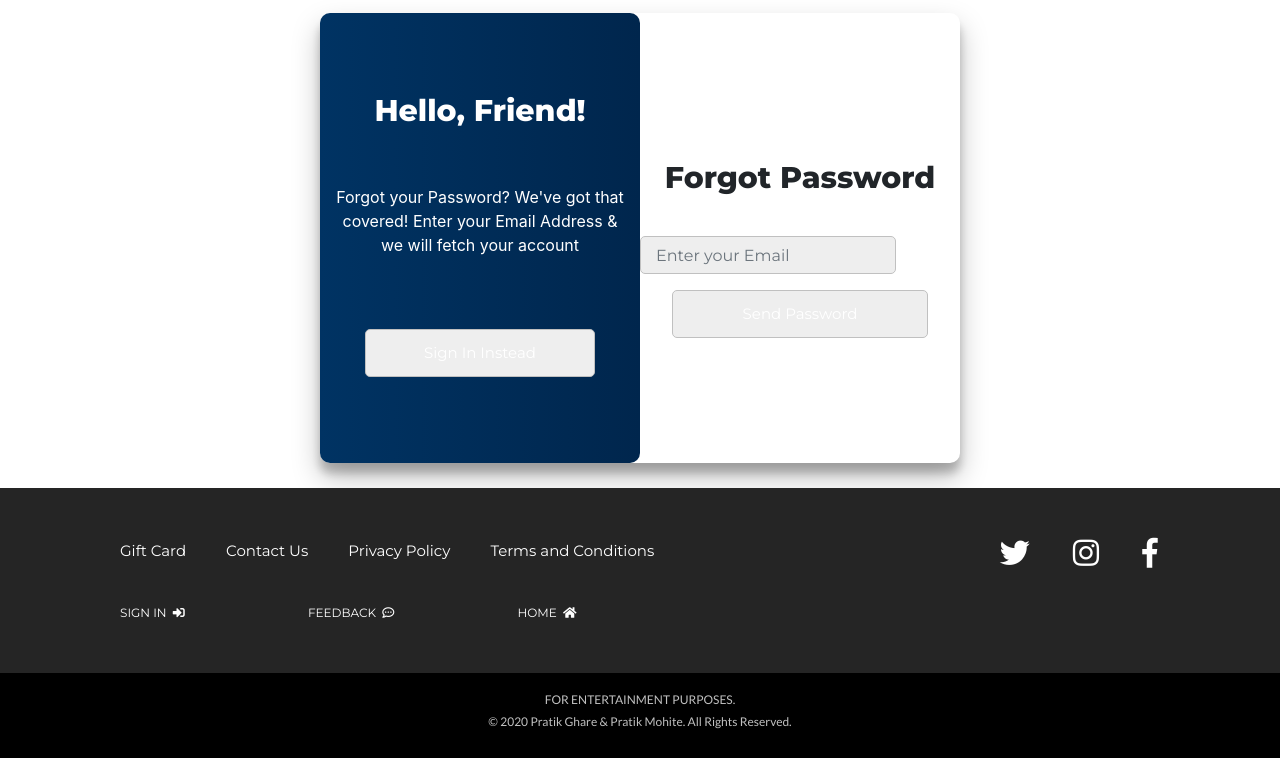
Repository: pratikghare/CafeImbiss
Page: http://localhost/Cafeteria/forgot.jsp
These files come from the project's save history. The page is drawn as it stood at one moment and after a run of saves; the edit follows.
The browser window is 1280 px wide. The pictures show the whole page.
Some web fonts or font styles are not loaded; a fallback is used. Some web libraries are served in a nearby version. The page is served by Tomcat 9. Other server files are loaded and not shown.

Above is the page before, as saved 2020-11-04 13:15:40.

### Cafeteria/WebContent/forgot.jsp
<!DOCTYPE html>
<html lang="en">

<head>
    <meta charset="UTF-8">
    <meta name="viewport" content="width=device-width, initial-scale=1.0">
    <title>Forgot Password | Los Pollos Hermanos</title>
    <link rel="icon" href="./images/logo/title-logo.png">
    <link href="https://fonts.googleapis.com/css2?family=Chelsea+Market&family=Montserrat:wght@400;800;900&family=Bubblegum+Sans&family=Mali&family=Flamenco&family=Aclonica&family=Carter+One&family=Luckiest+Guy&family=Lato&family=Montserrat+Subrayada&family=Sarabun&family=Viga&family=Wellfleet&display=swap"
        rel="stylesheet">
    <link rel="stylesheet" href="./references/login.css">
    <link rel="stylesheet" href="./references/main.css">
    <link rel="stylesheet" href="./references/footer.css">
    <link rel="stylesheet" href="./references/navigationBar.css">
    <link rel="stylesheet" href="./references/animation.css">
    <link rel="stylesheet" href="https://stackpath.bootstrapcdn.com/bootstrap/4.5.0/css/bootstrap.min.css">
    <link rel="stylesheet" href="https://cdn.jsdelivr.net/npm/bootstrap@4.5.3/dist/css/bootstrap.min.css" integrity="sha384-TX8t27EcRE3e/ihU7zmQxVncDAy5uIKz4rEkgIXeMed4M0jlfIDPvg6uqKI2xXr2" crossorigin="anonymous">
    <script src="https://code.jquery.com/jquery-3.5.1.slim.min.js"></script>
    <script src="https://cdn.jsdelivr.net/npm/popper.js@1.16.0/dist/umd/popper.min.js"></script>
    <script src="https://stackpath.bootstrapcdn.com/bootstrap/4.5.0/js/bootstrap.min.js"></script>
    <link rel="stylesheet" href="https://use.fontawesome.com/releases/v5.6.3/css/all.css">
</head>

<body>
    <!--Header-->
    <div class="header-container">

        <section class="login-container">

            <div class="login-right-panel">
                <form class="right-panel-content" action="loginForm.htm">
                  <h1 style="font-weight: 800 !important; font-size:30px !important; margin-top:1em;">Hello, Friend!</h1><br><br>
                    <p>Forgot your Password? We've got that covered! Enter your Email Address & we will fetch your account</p><br><br>
                    <input type="submit" value="Sign In Instead"/>
                </form>
            </div>
            <div class="login-left-panel">
                <form action="forgot_password.htm" method="post">
                    <h1 style="font-weight: 800 !important; font-size:30px !important; margin-top:1em;">Forgot Password</h1><br>
                     <input style="max-width: 20em; margin-left:2em" class="form-control form-group is-valid" minlength="10" required="true" id="validationServer03" type="email" name="userEmail" placeholder="Enter your Email" />
                    <div style="margin-top: -1em !important; margin-bottom:5px !important;" class="invalid-feedback">Enter Valid Email Id number.</div>

                    <input type="submit" value="Send Password">
                </form>
            </div>
        </section>



    </div>

   <!--Footer-->
   <footer>
    <div class="footer">
        <div class="footer-left">
            <ul>
                <li>
                    <a href="#">Gift Card</a>
                </li>
                <li>
                    <a href="./contact.html">Contact Us</a>
                </li>
                <li>
                    <a href="https://www.amc.com/privacy" target="_blank">Privacy Policy</a>
                </li>
                <li>
                    <a href="https://www.amc.com/terms" target="_blank">Terms and Conditions</a>
                </li>
            </ul>
            <span><a href="./login.html">Sign in  <i class="fas fa-sign-in-alt"></i></a></span>
            <span><a href="./feedback.html">FEEDBACK  <i class="far fa-comment-dots"></i></a></span>
            <span><a href="./index.html">HOME  <i class="fas fa-home"></i></a></span>
        </div>

        <div class="footer-right">
            <a href="https://twitter.com/pratikghare888" target=_blank><i class="fab fa-twitter"></i></a>
            <a href="https://www.instagram.com/pratikghare_/" target=_blank><i class="fab fa-instagram"></i></a>
            <a href="https://www.facebook.com/pratikghare88" target=_blank><i class="fab fa-facebook-f"></i></a>
        </div>
    </div>
    <div class="footer-copyright">
        <h6>FOR ENTERTAINMENT PURPOSES.</h6>
        <h6>&copy; 2020 Pratik Ghare & Pratik Mohite. All Rights Reserved.</h6>
    </div>
</footer>
<!--EndOfFooter-->
</body>

</html>

### Cafeteria/WebContent/references/login.css
* {
    margin: 0;
    padding: 0;
    box-sizing: border-box;
}

body {
    font-family: 'Montserrat', sans-serif;
    background-color: #f6f5f7;
    height: 100vh;
}


.header-container img{
    height: 200px;
}

@media screen and (min-width : 900px ){
    .header-container img{
        margin: 15px 0 0 44.5%;
    }
}

@media screen and (max-width : 900px ){
    .header-container img{
        margin: 15px 0 0 40%;
        transition: all 150ms ease-in-out;
    }
}

@media screen and (max-width : 650px ){
    .header-container img{
        margin: 15px 0 0 35%;
        transition: all 150ms ease-in-out;
    }
}

@media screen and (max-width : 450px ){
    .header-container img{
        margin: 20px 0 0 30%;
        transition: all 150ms ease-in-out;
    }
}


.login-container{
    display: grid;
    grid-template-columns: repeat(auto-fit, minmax(300px, 1fr));
    min-height: 450px;
    max-width: 820px;
    border-radius: 10px;
    box-shadow: 0 14px 28px rgba(0, 0, 0, 0.25), 0 10px 10px rgba(0, 0, 0, 0.22);
    justify-content: center;
    align-items: center;
    margin: 1% 25% 2% 25%;
}

.login-left-panel{
    text-align: center;
}

.login-right-panel{
    background: #00264d;
    background: linear-gradient(to right, #003363, #00264d) ;
    text-align: center;
    border-radius: 10px;
    height: 100%;
    justify-content: center;
    color: #fff;
}

.right-panel-content{
    margin-top: 25%;
    padding: 0 5%;
}

.login-left-panel input[type="textfied"]{
    width: 10em;
}

form input {
    background: #eee !important;
    border: none !important;
    padding: 12px 15px !important;
    margin: 8px 0 !important;
    width: 80% !important;
    border-radius: 5px !important;
    border: 1px solid #c0c0c0 !important;
    outline: none !important;
}

form input[type="submit"]{
	font-size:15px !important;
}

.login-left-panel form input[type="submit"]{
    width: 40%;
    background-color: #00468b;
    border-radius: 50px;
    color: #fff;
    font-family: 'Montserrat';
    border: none;
    outline: none;
}

form input[type="submit"]:active {
    transform: scale(0.97);
    transition: all 150ms ease-in-out;
}

.login-right-panel form input[type="submit"]{
    width: 50%;
    border-radius: 50px;
    background: transparent;
    color: #fff;
    font-family: 'Montserrat';
}

::-webkit-input-placeholder{ /* Chrome & Safari */
    font-family: 'Montserrat';
    color: rgb(83, 83, 83);
}

::-moz-placeholder { /* Firefox  */

    font-family: 'Montserrat';
    color: rgb(83, 83, 83);
  }
  :-ms-input-placeholder { /* IE 10+ */
    font-family: 'Montserrat';
    color: rgb(83, 83, 83);
  }


  /* SOCAIL CONTAINER */



  .fa-facebook {
    font-size: 40px;
    color: rgb(66, 104, 179);
  }

  .fa-google-plus{
    font-size: 40px;
    color: rgb(228, 76, 71);
  }

  .fa-twitter{
    font-size: 40px;
    color: rgb(29, 161, 242);
  }

  .social-container{
      display: flex;
      flex-wrap: wrap;
      justify-content: space-evenly;
      align-items: center;
  }

  h1{
      font-size: 30px;
      font-family: 'Montserrat';
  }

  .login-left-panel a{
    text-decoration: none;
    color: black;
    font-size: 15px;
  }

  @media screen and (max-width: 1200px){
    .login-left-panel, .login-right-panel{
        padding: 20px 0;
    }
    .login-right-panel{
        margin-top: 0;
    }

  }

  @media screen and (max-width: 900px){
    .login-container{
        margin: 5% 5%;
        width: 90%;
        transition: all 150ms ease-in-out;
    }
  }

### Cafeteria/WebContent/references/main.css
* {
    margin: 0;
    padding: 0;
    box-sizing: border-box;
}

body {
    font-family: 'Sarabun', sans-serif;
    line-height: 1.5;
}


/* ----- Header ----- */
@media screen and (max-width: 450px){

    #main-logo {
        max-height: 200px;
        margin-top: 40%;
    }
}


@media screen and (min-width: 450px){

    #main-logo {
        max-height: 300px;
        margin-top: 40%;
    }
}




.header {
    height: 80vh;
    background: linear-gradient(rgba(255, 255, 255, 0.5), rgba(255, 255, 255, 0.9));
    margin-top: auto;
    height: 100vh;
}


/* ----- Hero ----- */

.hero {
    display: flex;
    flex-direction: column;
    justify-content: center;
    align-items: center;
    background-attachment: fixed;
    width: 100%;
    height: 100%;
}


/* ----- SearchBar ----- */

.searchbar {
    margin-bottom: auto;
    margin-top: auto;
    height: 60px;
    background-color: #353b48;
    border-radius: 30px;
    padding: 10px;
}

.search_input {
    color: white;
    border: 0;
    outline: 0;
    background: none;
    width: 0;
    caret-color: transparent;
    line-height: 40px;
    transition: width 0.4s linear;
}

.searchbar:hover>.search_input {
    padding: 0 10px;
    width: 300px;
    caret-color: red;
    transition: width 0.4s linear;
}

.searchbar:hover>.search_icon {
    background: white;
    color: #e74c3c;
    text-decoration: none;
}

.search_icon {
    height: 40px;
    width: 40px;
    float: right;
    display: flex;
    justify-content: center;
    align-items: center;
    border-radius: 50%;
    color: white;
    text-decoration: none;
}


/* ----- EndOfHeader ----- */


/* ----- WhatWeDo ----- */


/* ----- WhyLPH ----- */

.role {
    background-color: rgb(52, 58, 64);
    border-top: 1px dotted #c0c0c0;
    padding: 50px 10%;
}

.role h1 {
    color: #c0c0c0;
    font-weight: bold;
    font-size: 45px;
}

.role p {
    color: #fff;
    font-size: 17px;
    width: 80%;
    font-family: 'Montserrat';
}


/* ----- LPH Video ----- */

#lph-video {
    margin-top: 5px;
    width: 100%;
    outline: none;
}

.video-grid-container {
    display: grid;
    grid-template-columns: 15% 70% 15%;
}


/* ----- Invesment & Franchising ----- */

.wwd-container {
    height: 100%;
    display: grid;
    grid-template-columns: repeat(auto-fit, minmax(310px, 1fr));
    grid-column-gap: 2px;
    margin: 1px 1%;
    padding-bottom: 1%;
    color: #fff;
}

.wwd-container .wwd-franchise {
    background: linear-gradient(#82a662, #82a662), url('../images/background/bkg-image4.jpg') no-repeat center/cover;
    text-align: center;
    background-blend-mode: multiply;
    border-radius: 5px;
}

.wwd-invesment {
    background: linear-gradient(#626ba6, #626ba6), url('../images/background/invesment.jpg') no-repeat center/cover;
    text-align: center;
    background-blend-mode: multiply;
    border-radius: 5px;
}

.wwd-container button {
    padding: 10px 20px;
    font-size: 20px;
    background-color: rgb(7, 153, 204);
    color: #fff;
    text-transform: uppercase;
    font-family: 'Segoe UI';
    border: none;
    outline: none;
    text-align: center;
    border-radius: 5px;
}

.wwd-container button:hover {
    background-color: rgb(24, 107, 140);
}

.wwd-content {
    text-align: center;
    margin: 6%;
}

.wwd-content h1 {
    font-size: 35px;
    text-align: center;
    font-family: 'Montserrat', sans-serif;
    font-weight: bold;
}

.wwd-content h5 {
    font-size: 25px;
    text-align: center;
    font-family: 'Montserrat', sans-serif;
    letter-spacing: 1px;
}

.wwd-content p {
    font-size: 20px;
    font-family: 'Montserrat';
}


/* ----- EndOfWhatWeDo --- */


/* ----- ChickenSandwich ----- */

.chicken-sandwich {
    background: url('../images/menu/chicken-sandwich.png') center/cover;
    font-family: 'Viga';
    padding: 5em 0;
    display: flex;
    text-align: end;
    justify-content: space-around;
}

.chicken-sandwich h1 {
    font-size: 40px;
    font-weight: bold;
}

.chicken-sandwich-content {
   width: 50%;
}


/* ----- EndOfChickenSandwich ----- */


/* ----- MenuSection ----- */


/* ----- EndOfMenuSection ----- */

.clear {
    clear: both;
}


/* ----- SpicyChicken ----- */

.spicy-chicken {
    font-family: 'Viga';
    background: url('../images/menu/spicy-chicken.png') center/cover no-repeat;
}

.spicy-chicken-content {
    margin-top: 100px;
    margin-left: 150px;
    width: 40%;
}

.spicy-chicken-content h1 {
    font-size: 40px;
    font-weight: bold;
}

.spicy-chicken button {
    padding: 10px 20px;
    font-size: 20px;
    background-color: rgb(7, 153, 204);
    width: 70%;
    font-family: 'Segoe UI';
    color: #fff;
    text-transform: uppercase;
    border: none;
    outline: none;
    border-radius: 5px;
}

.spicy-chicken button:hover {
    background-color: rgb(24, 107, 140);
}


/* ----- SpicyChicken ----- */


/* ----- GustavoSection ----- */

.menu {
    max-width: 100%;
}

.menu-image {
    background: url('../images/background/bkg-image.jpg') center/cover fixed no-repeat;
}

.menu-text {
    align-items: center;
    background: orange;
}


.menu-text h1 {
    font-size: 40px;
    text-transform: uppercase;
}

.menu-text p {
    font-family: 'Carter One';
    font-size: 25px;
    padding: 1em;
    padding-right: 3em;
}

.menu-text a {
    display: inline-block;
    text-decoration: none;
    text-transform: uppercase;
    width: 35%;
    margin-left: 20px;
    padding: 13px 30px;
    border-radius: 200px;
    font-weight: bold;
    background: rgb(10, 10, 10);
    color: orange;
    border: none;
    text-align: center;
}

.menu-text a:hover {
    background: #fff;
    text-decoration: none;
    color: orange;
}

@media screen and (min-width: 1200px) {
    .menu {
        display: flex;
        width: 100%;
        height: 705px;
    }
    .menu-text {
        flex: 0 0 30%;
    }
    .menu-image {
        flex: 0 0 70%;
        clip-path: polygon(0 0, 100% 0, 55% 100%, 0 100%);
    }
    .menu {
        background: orange;
    }
}

@media screen and (max-width: 1478.5px){
    #gustavo-image {
        position: relative;
        height: 350px;
        transform: translate(-110%, -56.8%);
    }

}

@media screen and (min-width: 1478.5px){
    #gustavo-image {
        position: relative;
        height: 350px;
        transform: translate(-100%, -46.5%);
    }
}

@media screen and (max-width: 1200px){
    #gustavo-image {
        position: relative;
        height: 350px;
        transform: translate(0, 0);
    }
}

@media screen and (max-width: 450px){
    #gustavo-image {
        position: relative;
        max-height: 250px;
        transform: translate(0, 0);
    }
    .menu-text a{
        width: 50%;
    }
}


@media screen and (max-width: 300px){
    #gustavo-image {
        position: relative;
        max-height: 170px;
        transform: translate(0, 0);
    }

    .menu-text a{
        width: 80%;
    }

}



/* ----- EndofGustavoSection ----- */


/* ----- NutritionSection ----- */

.nutrition-section {
    padding-top: 3em;
    display: grid;
    grid-template-columns: repeat(auto-fit, minmax(300px, 1fr));
    text-align: center;
    margin: 1%;
}

.nutrition-section h1 {
    font-size: 50px;
    font-family: 'Viga';
    margin-top: 3em;
}

.nutrition-section img {
    width: 100%;
    border-radius: 3px;
}

.nutrition-section p {
    font-family: 'Lato';
    font-size: 19px;
    width: 50%;
    margin-left: 25%;
}

.nutrition-content button {
    padding: 10px 20px;
    font-size: 20px;
    text-align: center;
    font-family: 'Segoe UI';
    background-color: rgb(7, 153, 204);
    color: #fff;
    text-transform: uppercase;
    border: none;
    outline: none;
    border-radius: 5px;
}

.nutrition-content button:hover {
    background-color: rgb(24, 107, 140);
}


button:active {
    transform: scale(0.98);
    transition: all 150ms ease-in-out;
}

.copyright-sprite {
    font-size: 17px;
    margin: 5% 10%;
    text-align: center;
}


/* ----- EndOfNutritionSection ----- */

### Cafeteria/WebContent/references/footer.css
* {
    margin: 0;
    padding: 0;
}

/* ----- Footer ----- */

.footer {
    background-color: rgb(37, 37, 37);
    display: grid;
    grid-template-columns: 60% 40% minmax(400px, 1fr);
    padding-top: 30px;
    padding-bottom: 50px;
    font-family: 'Lato';
}

.footer-left ul {
    display: flex;
    margin-left: 100px;
    flex-wrap: wrap;
    list-style-type: none;
}

.footer-left ul>li {
    margin: 20px 20px;
}

.footer-left span {
    margin-left: 120px;
    font-size: 12px;
}

.footer-left span a {
    font-size: 12px;
    text-transform: uppercase;
}

.footer a {
    text-decoration: none;
    font-family: 'Montserrat';
    font-size: 15px;
    color: #fff;
}

.footer a:hover {
    color: #C0C0C0;
    text-decoration: none;
}

.footer-right {
    text-align: right;
    margin-right: 20%;
}

.footer-right i {
    color: #fff;
    margin: 20px 20px;
    font-size: 30px;
}

.footer-right i:hover {
    color: #C0C0C0;
}

.footer-copyright {
    background-color: #000;
    color: #fff;
    font-size: 12px;
    padding: 20px 20px;
    color: #c0c0c0;
}

.footer-copyright h6 {
    text-align: center;
    font-size: 12px;
    font-family: 'Lato';
}

.footer-copyright p {

    font-family: 'Montserrat';
    text-align: right;
}

.footer-copyright a {
    text-decoration: none;
    color: #c0c0c0;
}

.footer-copyright a:hover {
    color: #fff;
}

.footer .active {
    color: #C0C0C0;
}

.footer span img {
    height: 12px;
}


/* ----- EndOfFooter ----- */

### Cafeteria/WebContent/references/navigationBar.css
/* ----- NavigationBar ----- */

.navbar{
    margin: 0;
    padding: 0;
}


.nav-item .active {
    border-bottom: 4px solid #fff;
}

.nav-item {
    margin: 0 10px;
}

.navbar-nav {
    font-weight: bold;
    font-family: 'Chelsea Market';
    font-size: 20px;
}

.navbar-nav ul {
    text-align: center;
}

.navbar-nav li {
    display: inline-block;

}


.navbar-nav a:hover {
    border-bottom: 4px solid #fff;
    color: #fff;
    transition: all 150ms ease-in-out;
}


/* ----- EndOfNavigationBar ----- */

### Cafeteria/WebContent/references/animation.css
body {
    opacity: 0;
    animation: fadeIn ease-in 1;
    animation-fill-mode: forwards;
    animation-duration: 0.2s;

}

@keyframes fadeIn {
    from {
        opacity: 0;
    }
    to {
        opacity: 1;
    }
}

After the next 2 saves:
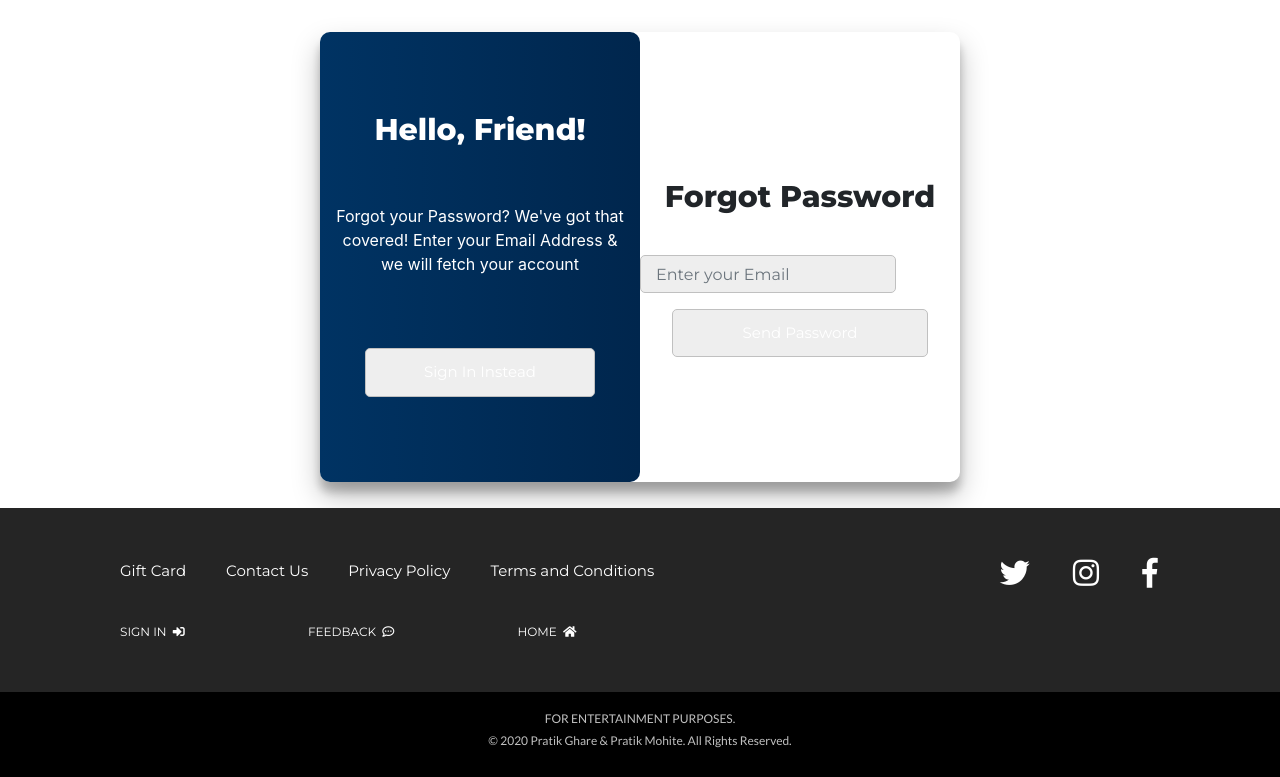
The 2 saves are shown as one change because they came seconds apart.
The last was saved 3 min 29 s later.
--- a/Cafeteria/WebContent/forgot.jsp
+++ b/Cafeteria/WebContent/forgot.jsp
@@ -25,7 +25,7 @@
     <!--Header-->
     <div class="header-container">
 
-        <section class="login-container">
+        <section class="login-container" style="margin-top: 2em;">
 
             <div class="login-right-panel">
                 <form class="right-panel-content" action="loginForm.htm">
